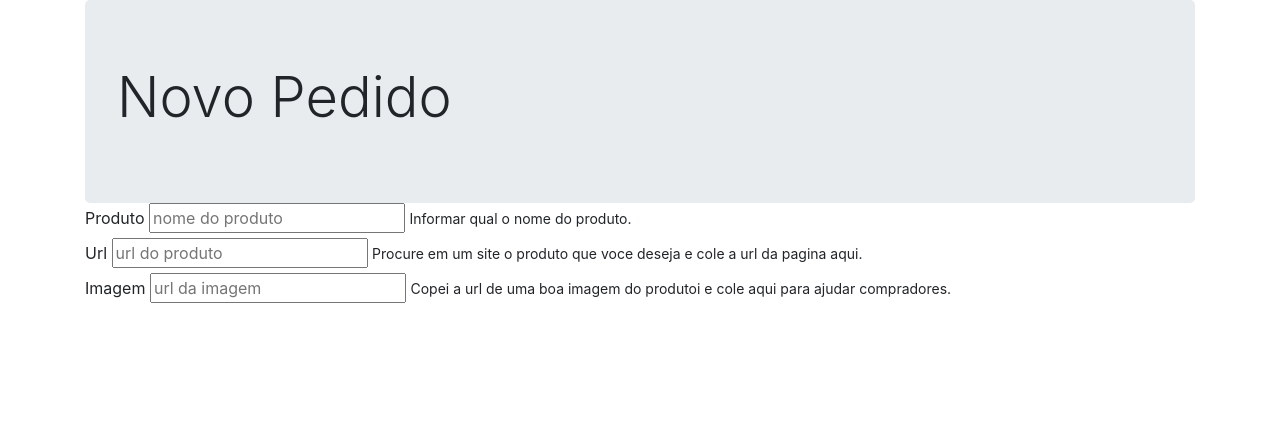
Repository: PedroKarasudani/Spring_MVC
Page: http://localhost/pedido/formulario
The author's editor kept a copy of each file at every save. The page is drawn from the files as they stood at one save, then again after the next save.
The browser window is 1280 px wide. The pictures show the whole page.
The page is this project's Thymeleaf template; nobody is signed in. The template is opened directly, without the code that normally fills it, so the values that code supplies are empty.

Above is the page before, as saved 2023-10-18 23:42:17.

After the next save:
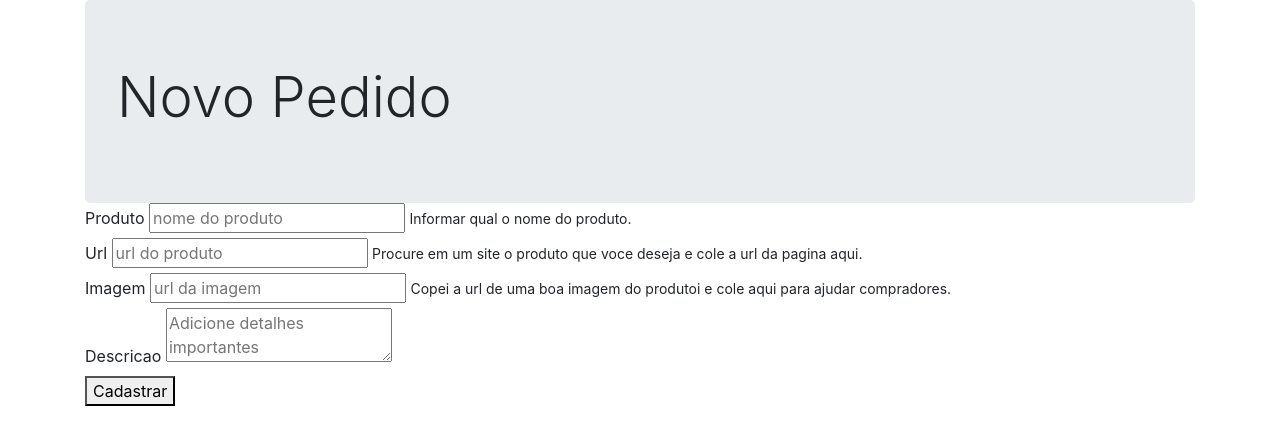
Saved 2 min 14 s later.
--- a/mudi/src/main/resources/templates/pedido/formulario.html
+++ b/mudi/src/main/resources/templates/pedido/formulario.html
@@ -29,6 +29,11 @@
 				<input name"urlImagem" placeholder="url da imagem"/>
 				<small>Copei a url de uma boa imagem do produtoi e cole aqui para ajudar compradores.</small>
 			</div>
+			<div>
+				<label for="descricao">Descricao</label>
+				<textarea name"descricao" placeholder="Adicione detalhes importantes"></textarea>
+			</div>
+			<button type="submit">Cadastrar</button>
 		</form>
 
 	</div>
